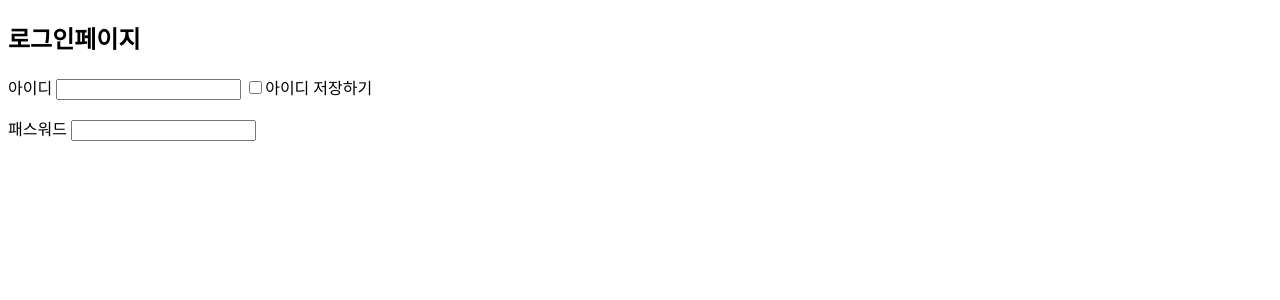
Repository: design-view/jspstudy
Page: http://localhost/GreenJsp/05cookiesession/cookielogin.jsp
These files come from the project's save history. The page is drawn as it stood at one moment and after the next save; the edit follows.
The browser window is 1280 px wide. The pictures show the whole page.
The page is served by Tomcat 9. Other server files are loaded and not shown.

Above is the page before, as saved 2024-01-16 07:24:22.

### GreenJsp/src/main/webapp/05cookiesession/cookielogin.jsp
<%@ page language="java" contentType="text/html; charset=UTF-8"
    pageEncoding="UTF-8"%>
<!-- cookielogin.jsp -->
<!DOCTYPE html>
<html>
<head>
<meta charset="UTF-8">
<title>Insert title here</title>
</head>
<body>
	<h2>로그인페이지</h2>
	<div>
		<form>
			<p>아이디 <input type="text" name="userId" />
			<input type="checkbox" name="idsave" value="true">아이디 저장하기
			</p>
			<p>패스워드 <input type="text" name="userPw" /></p>
		</form>
	</div>
</body>
</html>

After the next save:
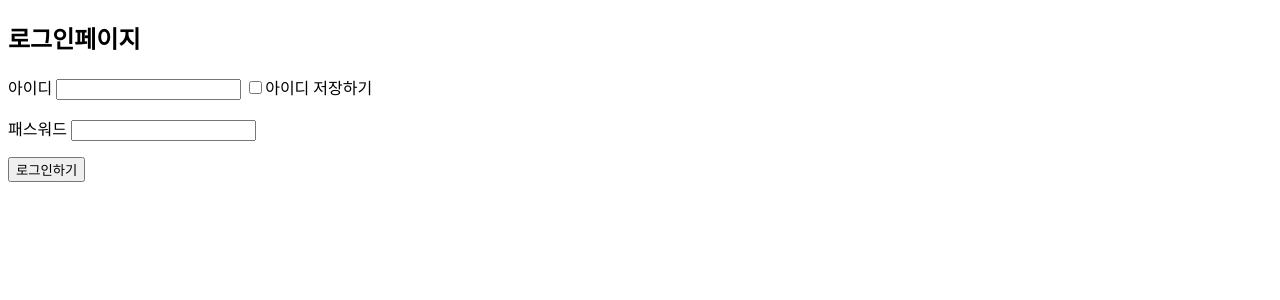
Saved 103 s later.
--- a/GreenJsp/src/main/webapp/05cookiesession/cookielogin.jsp
+++ b/GreenJsp/src/main/webapp/05cookiesession/cookielogin.jsp
@@ -15,6 +15,7 @@
 			<input type="checkbox" name="idsave" value="true">아이디 저장하기
 			</p>
 			<p>패스워드 <input type="text" name="userPw" /></p>
+			<p><button type="submit">로그인하기</button></p>
 		</form>
 	</div>
 </body>
